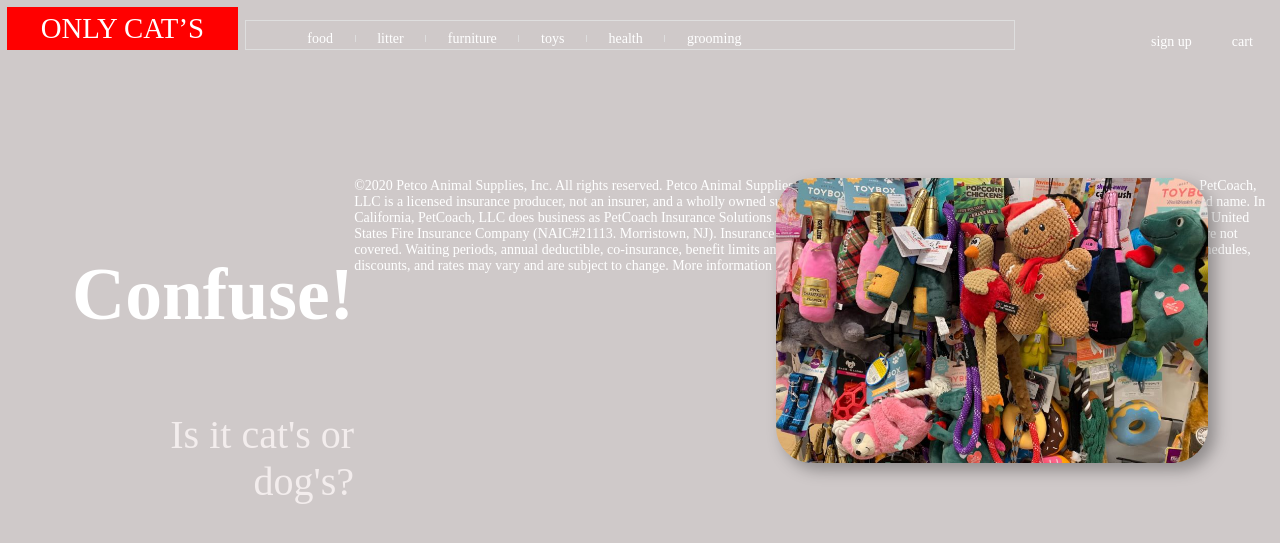
Repository: itson1115/chan_git
Page: cat/index2.html
The author's editor kept a copy of each file at every save. The page is drawn from the files as they stood at one save, then again after the next save.
The browser window is 1280 px wide. The pictures show the whole page.

Above is the page before, as saved 2021-09-02 04:34:57.

After the next save:
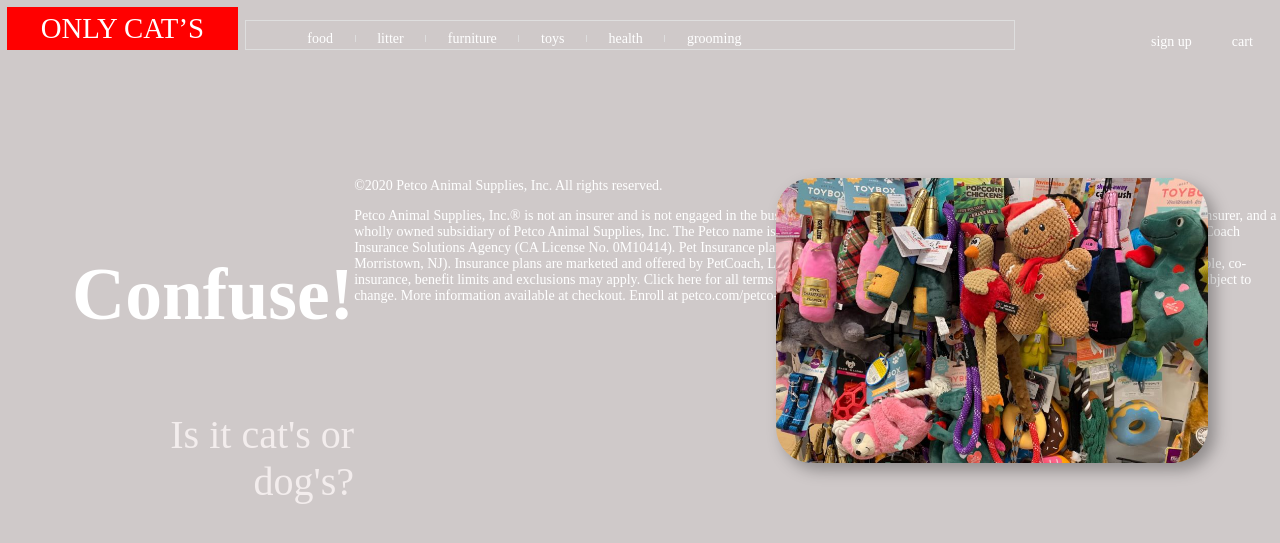
Saved 7 s later.
--- a/cat/index2.html
+++ b/cat/index2.html
@@ -38,7 +38,7 @@
     </article>
   </section>
   <section class="bottom">
-    <p>©2020 Petco Animal Supplies, Inc. All rights reserved.
+    <p>©2020 Petco Animal Supplies, Inc. All rights reserved.</p>
 
       Petco Animal Supplies, Inc.® is not an insurer and is not engaged in the business of insurance. PetCoach, LLC is a licensed insurance producer, not an insurer, and a wholly owned subsidiary of Petco Animal Supplies, Inc. The Petco name is used for the brand name. In California, PetCoach, LLC does business as PetCoach Insurance Solutions Agency (CA License No. 0M10414).
 
